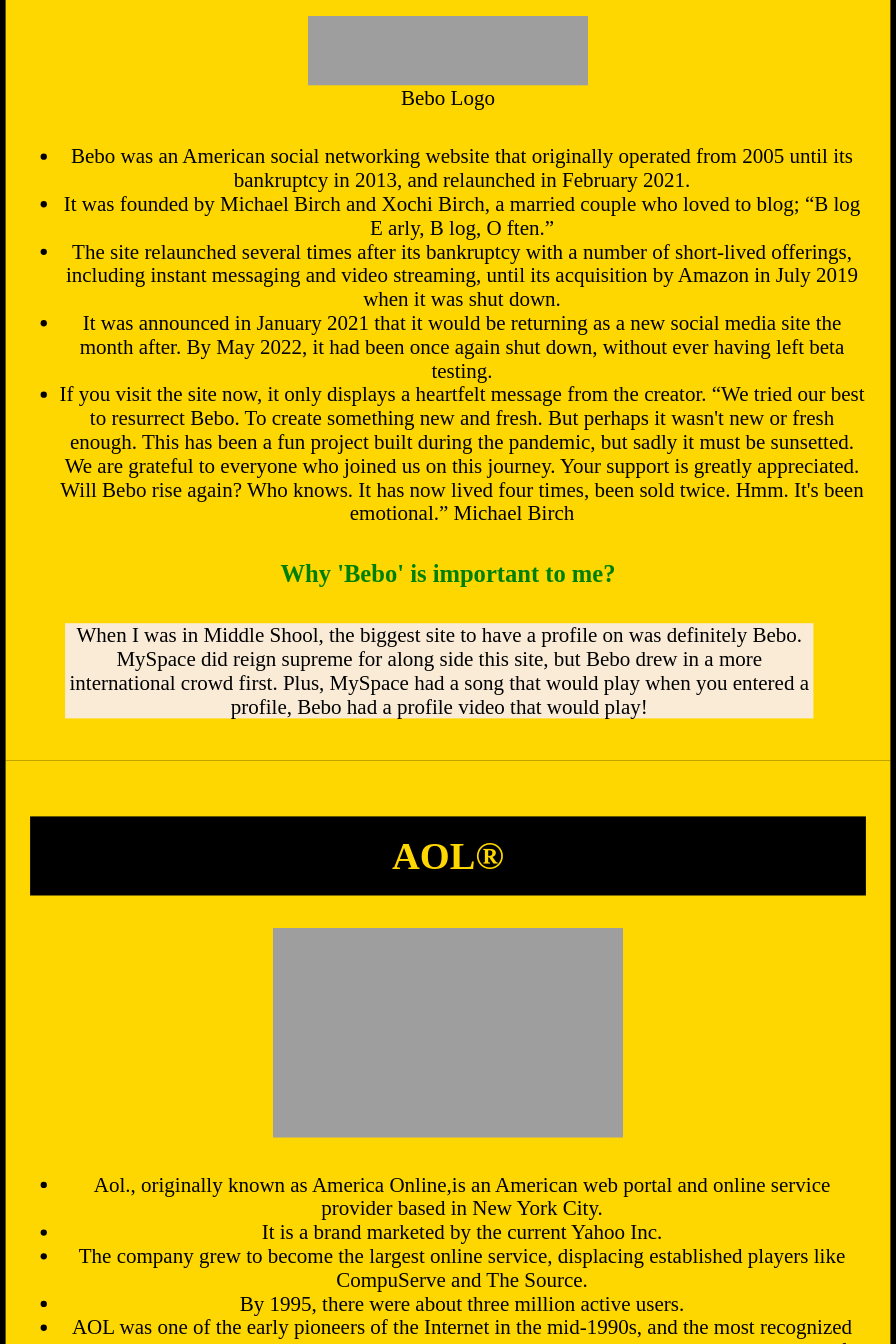
Repository: AndrewGrantt/LC101
Page: LC101/js-assignment-4-html-me-something-buffylow/index.html
An editor plug-in stored every save of this project. The page is shown before and after the next save, followed by the edit.
The browser window is 1280 px wide. The pictures show the part of the page from y = 1286 to 3206 px (the page is 3582 px tall), at 70% of full size.
Pictures or frames that could not be fetched are drawn as grey boxes.

Above is the page before, as saved 2022-07-15 08:06:54.

After the next save:
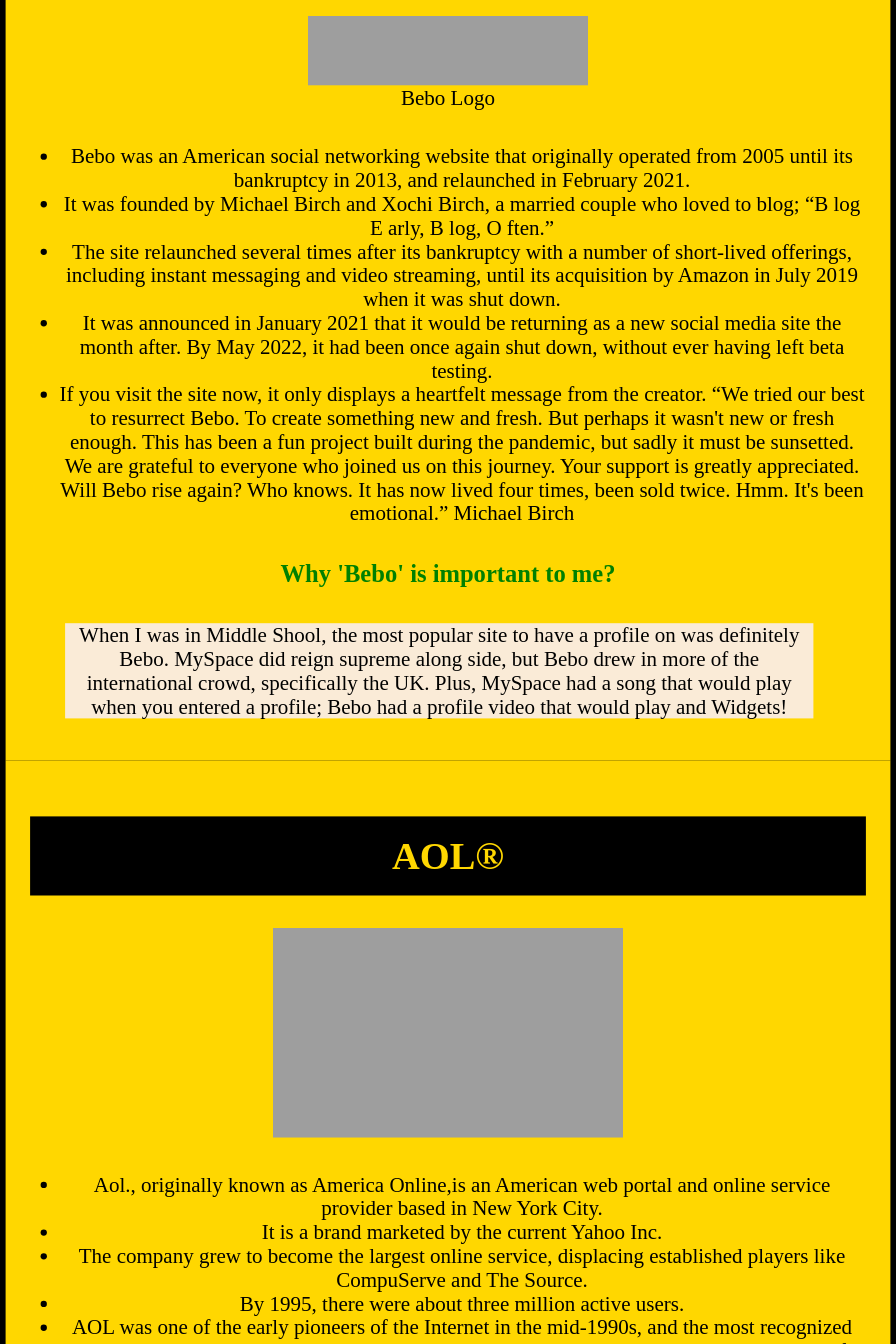
Saved 7 min 3 s later.
--- a/LC101/js-assignment-4-html-me-something-buffylow/index.html
+++ b/LC101/js-assignment-4-html-me-something-buffylow/index.html
@@ -54,7 +54,7 @@
    </p>
       <h3 class="funParagraph"> Why 'Bebo' is important to me?</h3>
       <p>
-         When I was in Middle Shool, the biggest site to have a profile on was definitely Bebo. MySpace did reign supreme for along side this site, but Bebo drew in a more international crowd first. Plus, MySpace had a song that would play when you entered a profile, Bebo had a profile video that would play!
+         When I was in Middle Shool, the most popular site to have a profile on was definitely Bebo. MySpace did reign supreme along side, but Bebo drew in more of the international crowd, specifically the UK.  Plus, MySpace had a song that would play when you entered a profile; Bebo had a profile video that would play and Widgets!
       </p>
   </article>
   <article class="sites">
@@ -75,7 +75,7 @@
       </p>
   </article>
 </article>
-<footer>
+<footer id="foot" >
    I CAN'T FORGET ABOUT THE SITES THAT MADE US
 
   --- &copy; Andrew 'BuffyLow' Grant---
--- a/LC101/js-assignment-4-html-me-something-buffylow/styles.css
+++ b/LC101/js-assignment-4-html-me-something-buffylow/styles.css
@@ -43,3 +43,7 @@
         font-size: 55px;
 
     }
+    #foot{
+      color:black;
+      text-align:center;
+  }
